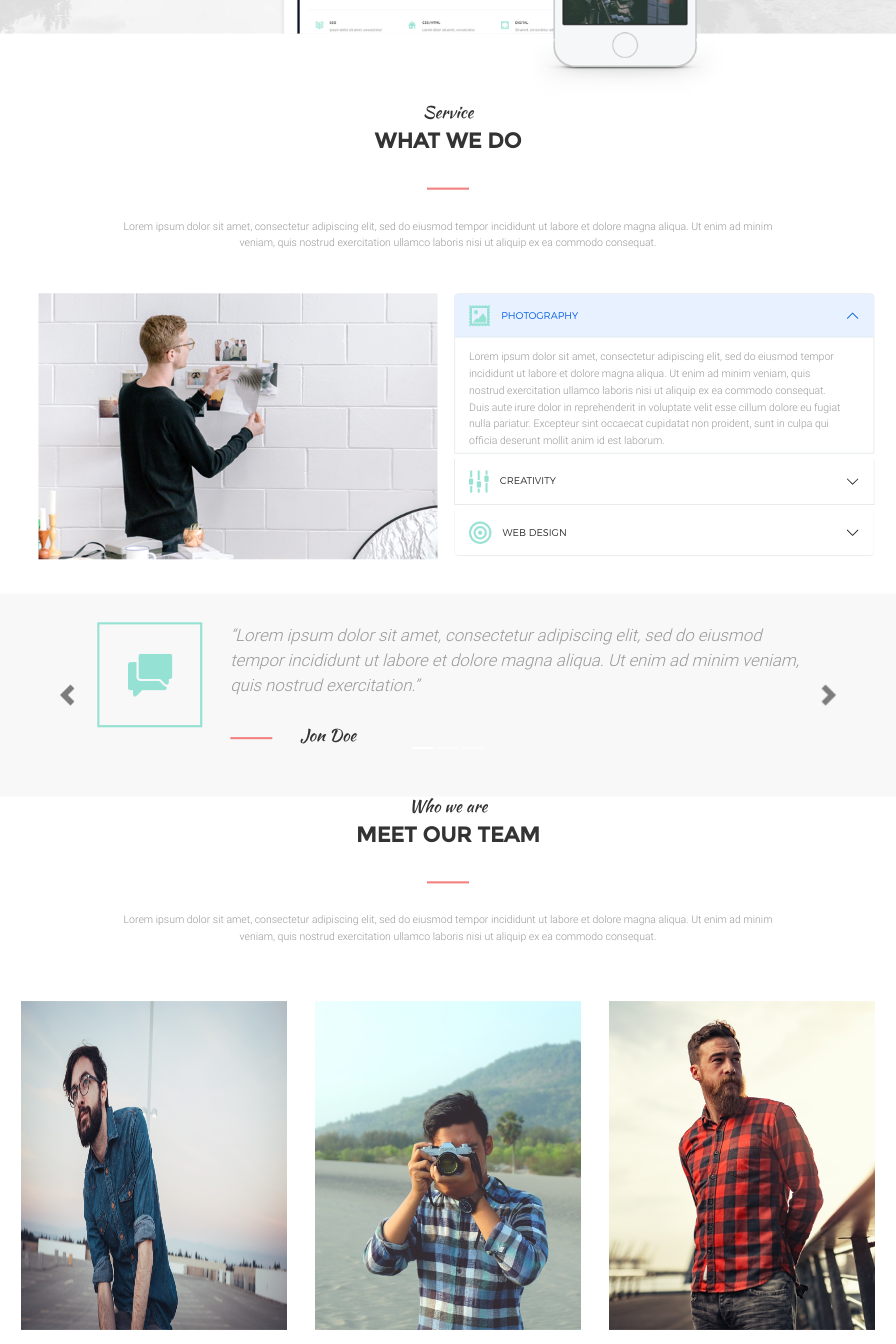
Repository: RaffiBarseghyan/mogo
Page: /
These files come from the project's save history. The page is drawn as it stood at one moment and after the next save; the edit follows.
The browser window is 1280 px wide. The pictures show the part of the page from y = 3380 to 5300 px (the page is 5300 px tall), at 70% of full size.
The project was rebuilt for these pictures with package versions that can differ from the ones it lists, and the page was loaded fresh each time.

Above is the page before, as saved 2023-05-12 23:28:27.

### src/App.jsx
import "./App.css";
import "bootstrap/dist/css/bootstrap.min.css";
import "bootstrap/dist/js/bootstrap.bundle";
import Header from "./Pages/Header/header";
import AboutUs from "./Pages/AboutUs/aboutUs";
import WorkWith from "./Pages/WorkWith/workWith";
import AllDevice from "./Pages/AllDevice/allDevice";
import Service from "./Pages/ServicePage/service";
import WeAre from "./Pages/WeAre/weAre";

function App() {
  return (
    <div className="App">
      <Header />
      <AboutUs />
      <WorkWith />
      <AllDevice />
      <Service />
      <WeAre />
    </div>
  );
}

export default App;

### src/Pages/AboutUs/aboutUs.jsx
import style from "./aboutUs.module.scss";
import aboutUs1 from "../../Assets/Images/aboutUs1.png";
import aboutUs2 from "../../Assets/Images/aboutUs2.png";
import aboutUs3 from "../../Assets/Images/aboutUs3.png";
import user from "../../Assets/Images/USERS.png";

function AboutUs() {
  return (
    <>
      <div className={style.aboutUs}>
        <h3>What we do</h3>
        <h2>Story about us</h2>
        <div className={style.line}></div>
        <p>
          Lorem ipsum dolor sit amet, consectetur adipiscing elit, sed do
          eiusmod tempor incididunt ut labore et dolore magna aliqua. Ut enim ad
          minim <br />
          veniam, quis nostrud exercitation ullamco laboris nisi ut aliquip ex
          ea commodo consequat.
        </p>
        <div className="d-flex justify-content-center flex-wrap ">
          <div className={style.imgDiv}>
            <img src={user} alt="" className={style.user} />
            <p>SUPER TEAM</p>
            <img src={aboutUs1} alt="" className={style.aboutImg} />
          </div>
          <div className={style.imgDiv}>
            <img src={user} alt="" className={style.user} />
            <p>SUPER TEAM</p>
            <img src={aboutUs2} alt="" className={style.aboutImg} />
          </div>
          <div className={style.imgDiv}>
            <img src={user} alt="" className={style.user} />
            <p>SUPER TEAM</p>
            <img src={aboutUs3} alt="" className={style.aboutImg} />
          </div>
        </div>
      </div>

      <div
        className={`${style.aboutUsFooter} d-flex justify-content-center align-items-center flex-wrap`}
      >
        <div className={style.first_line}>
          <h2>42</h2>
          <p>Web Design Projects</p>
        </div>
        <div>
          <h2>123</h2>
          <p>happy client</p>
        </div>
        <div>
          <h2>15</h2>
          <p>award winner</p>
        </div>
        <div>
          <h2>99</h2>
          <p>cup of coffee</p>
        </div>
        <div>
          <h2>24</h2>
          <p>members</p>
        </div>
      </div>
    </>
  );
}

export default AboutUs;

### src/Pages/WorkWith/workWith.jsx
import style from "./workWith.module.scss";
import ALARM from "../../Assets/Images/ALARM.png";
import LINEGRAPH from "../../Assets/Images/LINEGRAPH.png";
import COMPUTER_OK from "../../Assets/Images/COMPUTER_OK.png";
import BOOK from "../../Assets/Images/BOOK.png";
import HOME from "../../Assets/Images/HOME.png";
import IMAGE from "../../Assets/Images/IMAGE.png";

function WorkWith() {
  return (
    <>
      <div className={style.workWith}>
        <h3>We work with</h3>
        <h2>Amazing Services</h2>
        <div className={style.line}></div>

        <div
          className={`${style.workWithFooter} d-flex flex-wrap justify-content-center container`}
        >
          <div className={`d-flex ${style.box1}`}>
            <div>
              <img src={ALARM} alt="" />
            </div>
            <div>
              <h2>Photography</h2>
              <p>
                Lorem ipsum dolor sit amet, consectetur <br />
                adipiscing elit, sed do eiusmod tempor.
              </p>
            </div>
          </div>
          <div className={`d-flex ${style.box2}`}>
            <div>
              <img src={LINEGRAPH} alt="" />
            </div>
            <div>
              <h2>Web Design</h2>
              <p>
                Ipsum dolor sit amet, consectetur <br />
                adipiscing elit, sed do eiusmod tempor.
              </p>
            </div>
          </div>
          <div className={`d-flex ${style.box3}`}>
            <div>
              <img src={COMPUTER_OK} alt="" />
            </div>
            <div>
              <h2>Creativity</h2>
              <p>
                Dolor sit amet, consectetur adipiscing elit, <br />
                sed do eiusmod tempor.
              </p>
            </div>
          </div>
          <div className={`d-flex ${style.box4}`}>
            <div>
              <img src={BOOK} alt="" />
            </div>
            <div>
              <h2>seo</h2>
              <p>
                Ipsum dolor sit amet, consectetur <br />
                adipiscing elit, sed do eiusmod.
              </p>
            </div>
          </div>
          <div className={`d-flex ${style.box5}`}>
            <div>
              <img src={HOME} alt="" />
            </div>
            <div>
              <h2>Css/Html</h2>
              <p>
                Lorem dolor sit amet, consectetur <br />
                adipiscing elit, sed do tempor.
              </p>
            </div>
          </div>
          <div className={`d-flex ${style.box6}`}>
            <div>
              <img src={IMAGE} alt="" />
            </div>
            <div>
              <h2>digital</h2>
              <p>
                Sit amet, consectetur adipiscing elit, sed do <br />
                eiusmod tempor.
              </p>
            </div>
          </div>
        </div>
      </div>
    </>
  );
}

export default WorkWith;

### src/Pages/AllDevice/allDevice.jsx
import style from "./allDevice.module.scss";
import ipad from "../../Assets/Images/ipad.png";
import iphone from "../../Assets/Images/iphone.png";

function AllDevice() {
  return (
    <>
      <div className={`${style.allDevice}`}>
        <div className={style.allDeviceBg}>
          <h3>For all devices</h3>
          <h2>Unique design</h2>
          <div className={style.line}></div>
          <img src={ipad} alt="" className={style.ipad}/>
          <img src={iphone} alt="" className={style.iphone} />
        </div>
      </div>
    </>
  );
}

export default AllDevice;

### src/Pages/WeAre/weAre.jsx
import style from "./weAre.module.scss";
import admin1 from "../../Assets/Images/admin1.png";
import admin2 from "../../Assets/Images/admin2.png";
import admin3 from "../../Assets/Images/admin3.png";

function WeAre() {
  return (
    <>
      <div className={`${style.WeAre}`}>
        <h3>Who we are</h3>
        <h2>Meet our team</h2>
        <div className={style.line}></div>
        <p>
          Lorem ipsum dolor sit amet, consectetur adipiscing elit, sed do
          eiusmod tempor incididunt ut labore et dolore magna aliqua. Ut enim ad
          minim <br />
          veniam, quis nostrud exercitation ullamco laboris nisi ut aliquip ex
          ea commodo consequat.
        </p>

        <div className="d-flex justify-content-center flex-wrap ">
          <div className={style.imgDiv}>
            {/* <img src={user} alt="" className={style.user} /> */}
            <p>SUPER TEAM</p>
            <img src={admin1} alt="" className={style.aboutImg1} />
          </div>
          <div className={style.imgDiv}>
            {/* <img src={user} alt="" className={style.user} /> */}
            <p>SUPER TEAM</p>
            <img src={admin2} alt="" className={style.aboutImg} />
          </div>
          <div className={style.imgDiv}>
            {/* <img src={user} alt="" className={style.user} /> */}
            <p>SUPER TEAM</p>
            <img src={admin3} alt="" className={style.aboutImg} />
          </div>
        </div>
      </div>
    </>
  );
}

export default WeAre;

### src/Pages/AboutUs/aboutUs.module.scss
@font-face {
  font-family: Montserrat;
  src: url("../../Assets/Fonts/montserrat/Montserrat-Light.otf")
    format("truetype");
}

@font-face {
  font-family: Montserrat_mid;
  src: url("../../Assets/Fonts/montserrat/Montserrat-Regular.ttf")
    format("truetype");
}

@font-face {
  font-family: Montserrat_bold;
  src: url("../../Assets/Fonts/montserrat/Montserrat-ExtraBold.otf")
    format("truetype");
}

@font-face {
  font-family: kaushan;
  src: url("../../Assets/Fonts/kaushan-script/kaushan-script.kaushanscript-regular.otf")
    format("truetype");
}

@font-face {
  font-family: Roboto;
  src: url("../../Assets/Fonts/robotofont/Roboto-Light.ttf") format("truetype");
}

.aboutUs {
  min-height: 750px;
  display: flex;
  flex-direction: column;
  align-items: center;
  justify-content: center;
  h3 {
    font-size: 24px;
    color: #333333;
    font-weight: 400;
    font-family: "kaushan";
    text-align: center;
  }
  h2 {
    font-size: 30px;
    text-transform: uppercase;
    color: #333333;
    font-weight: 700;
    font-family: "Montserrat_mid";
    text-align: center;
  }
  p {
    font-size: 15px;
    line-height: 24px;
    color: #999999;
    font-weight: 400;
    font-family: "Roboto";
    text-align: center;
    margin-bottom: 60px;
  }
  .line {
    width: 60px;
    height: 3px;
    background-color: #f38181;
    margin: 40px;
  }
  img {
    width: 380px;
    height: 250px;
    aspect-ratio: 3/2;
    object-fit: cover;
  }

  .imgDiv {
    width: 380px;
    height: 250px;
    margin: 20px;
    transition: 0.5s;
    display: flex;
    flex-direction: column;
    justify-content: center;
    align-items: center;
    p {
      font-size: 18px;
      text-transform: uppercase;
      color: #ffffff;
      font-weight: 700;
      font-family: "Montserrat";
      text-align: center;
      display: none;
      position: absolute;
      margin-top: 80px;
    }
    .user {
      width: 32px;
      height: 23px;
      display: none;
      position: absolute;
      margin-bottom: 30px;
    }
  }

  .imgDiv:hover {
    transition: 0.5s;
    box-shadow: 10px 10px 0px 0px rgba(149, 225, 211, 1);
    -webkit-box-shadow: 10px 10px 0px 0px rgba(149, 225, 211, 1);
    -moz-box-shadow: 10px 10px 0px 0px rgba(149, 225, 211, 1);
    cursor: pointer;
    p,
    .user {
      display: block;
    }
    background: rgb(226, 204, 123);
    background: linear-gradient(
      0deg,
      rgba(226, 204, 123, 1) 0%,
      rgba(219, 116, 116, 1) 53%
    );

    .aboutImg {
      opacity: 0.2;
    }
  }
}

.aboutUsFooter {
  min-height: 270px;
  background-color: #95e1d3;
  h2 {
    font-size: 72px;
    text-transform: uppercase;
    color: #ffffff;
    font-weight: 700;
    font-family: "Montserrat_bold";
    text-align: center;
  }
  p {
    font-size: 14px;
    text-transform: uppercase;
    color: #ffffff;
    font-weight: 400;
    font-family: "Montserrat";
    text-align: center;
  }
  div {
    width: 240px;
    height: 270px;
    border-right: 1px solid #ffffff;
    border-left: 1px solid #ffffff;

    display: flex;
    flex-direction: column;
    justify-content: center;
  }
}

### src/Pages/WorkWith/workWith.module.scss
@font-face {
  font-family: Montserrat;
  src: url("../../Assets/Fonts/montserrat/Montserrat-Light.otf")
    format("truetype");
}

@font-face {
  font-family: Montserrat_mid;
  src: url("../../Assets/Fonts/montserrat/Montserrat-Regular.ttf")
    format("truetype");
}

@font-face {
  font-family: Montserrat_bold;
  src: url("../../Assets/Fonts/montserrat/Montserrat-ExtraBold.otf")
    format("truetype");
}

@font-face {
  font-family: kaushan;
  src: url("../../Assets/Fonts/kaushan-script/kaushan-script.kaushanscript-regular.otf")
    format("truetype");
}

.workWith {
  min-height: 750px;
  display: flex;
  flex-direction: column;
  align-items: center;
  justify-content: center;
  h3 {
    font-size: 24px;
    color: #333333;
    font-weight: 400;
    font-family: "kaushan";
    text-align: center;
  }
  h2 {
    font-size: 30px;
    text-transform: uppercase;
    color: #333333;
    font-weight: 700;
    font-family: "Montserrat_mid";
    text-align: center;
  }
  .line {
    width: 60px;
    height: 3px;
    background-color: #f38181;
    margin: 40px;
  }
}

.workWithFooter {
  > div {
    width: 400px;
    margin-top: 90px;
  }
  h2 {
    font-size: 14px;
    text-transform: uppercase;
    color: #333333;
    font-weight: 400;
    font-family: "Montserrat";
    text-align: start;
  }
  p {
    font-size: 15px;
    line-height: 24px;
    color: #999999;
    font-weight: 400;
    font-family: "Roboto";
    text-align: start;
  }
  img {
    margin-right: 30px;
  }
}

.box1,
.box2,
.box3 {
  border-bottom: 1px solid #e5e5e5;
}

@media only screen and (max-width: 1399.2px) {
  .box1,
  .box2,
  .box3,
  .box4 {
    border-bottom: 1px solid #e5e5e5;
  }
}

@media only screen and (max-width: 991.2px) {
  .box1,
  .box2,
  .box3,
  .box4,
  .box5 {
    border-bottom: 1px solid #e5e5e5;
  }
}

### src/Pages/AllDevice/allDevice.module.scss
@font-face {
  font-family: Montserrat;
  src: url("../../Assets/Fonts/montserrat/Montserrat-Light.otf")
    format("truetype");
}

@font-face {
  font-family: Montserrat_mid;
  src: url("../../Assets/Fonts/montserrat/Montserrat-Regular.ttf")
    format("truetype");
}

@font-face {
  font-family: Montserrat_bold;
  src: url("../../Assets/Fonts/montserrat/Montserrat-ExtraBold.otf")
    format("truetype");
}

@font-face {
  font-family: kaushan;
  src: url("../../Assets/Fonts/kaushan-script/kaushan-script.kaushanscript-regular.otf")
    format("truetype");
}

.allDevice {
  min-height: 900px;

  h3 {
    font-size: 24px;
    color: #333333;
    font-weight: 400;
    font-family: "kaushan";
    text-align: center;
  }
  h2 {
    font-size: 30px;
    text-transform: uppercase;
    color: #333333;
    font-weight: 700;
    font-family: "Montserrat_mid";
    text-align: center;
  }
  .line {
    width: 60px;
    height: 3px;
    background-color: #f38181;
    margin: 40px;
  }
  .allDeviceBg {
    width: 100%;
    min-height: 850px;
    background-image: url("../../Assets/Images/allDeviceBg.png");
    background-position: center;
    background-size: cover;
    background-repeat: no-repeat;

    display: flex;
    flex-direction: column;
    align-items: center;
    justify-content: center;
  }
}

.ipad {
  position: absolute;
  margin-top: 268px;
}

.iphone {
  position: relative;
  top: 194px;
  left: 257px;
}

@media only screen and (max-width: 992.2px) {
  .ipad {
    width: 378px;
    height: 480px;
    margin-top: 370px;
  }
  .iphone {
    width: 200px;
    height: 360px;
    top: 225px;
    left: 217px;
  }
}

@media only screen and (max-width: 650.2px) {
  .ipad {
    width: 290px;
    height: 380px;
    margin-top: 470px;
  }
  .iphone {
    width: 165px;
    height: 290px;
    top: 250px;
    left: 159px;
  }
}

### src/Pages/ServicePage/service.module.scss
@font-face {
  font-family: Montserrat;
  src: url("../../Assets/Fonts/montserrat/Montserrat-Light.otf")
    format("truetype");
}

@font-face {
  font-family: Montserrat_mid;
  src: url("../../Assets/Fonts/montserrat/Montserrat-Regular.ttf")
    format("truetype");
}

@font-face {
  font-family: Montserrat_bold;
  src: url("../../Assets/Fonts/montserrat/Montserrat-ExtraBold.otf")
    format("truetype");
}

@font-face {
  font-family: kaushan;
  src: url("../../Assets/Fonts/kaushan-script/kaushan-script.kaushanscript-regular.otf")
    format("truetype");
}
@font-face {
  font-family: Roboto;
  src: url("../../Assets/Fonts/robotofont/Roboto-Light.ttf") format("truetype");
}

.Service {
  min-height: 750px;
  display: flex;
  flex-direction: column;
  align-items: center;
  justify-content: center;
  h3 {
    font-size: 24px;
    color: #333333;
    font-weight: 400;
    font-family: "kaushan";
    text-align: center;
  }
  h2 {
    font-size: 30px;
    text-transform: uppercase;
    color: #333333;
    font-weight: 700;
    font-family: "Montserrat_mid";
    text-align: center;
  }
  p {
    font-size: 15px;
    line-height: 24px;
    color: #999999;
    font-weight: 400;
    font-family: "Roboto";
    text-align: center;
    margin-bottom: 60px;
  }
}
.line {
  width: 60px;
  height: 3px;
  background-color: #f38181;
  margin: 40px;
}
.acordeon {
  width: 600px;
  height: 380px;
  button {
    font-size: 14px;
    text-transform: uppercase;
    color: #333333;
    font-weight: 400;
    font-family: "Montserrat";
  }
  .acordeonBody {
    width: 590px;
    height: 165px;
    font-size: 15px;
    line-height: 24px;
    color: #999999;
    font-weight: 300;
    font-family: "Roboto";
    text-align: start;
    overflow: auto;
  }
  ::-webkit-scrollbar {
    width: 5px;
  }

  /* Track */
  ::-webkit-scrollbar-track {
    box-shadow: inset 0 0 5px #f5f5f5;
    border-radius: 10px;
  }

  /* Handle */
  ::-webkit-scrollbar-thumb {
    background-color: #95e1d3;
    border-radius: 10px;
  }

  /* Handle on hover */
  ::-webkit-scrollbar-thumb:hover {
    background-color: #7fc0b4;
  }
}

.serviceFooter {
  min-height: 290px;
  background-color: #f8f8f8;
  display: flex;
  align-items: center;
  justify-content: center;
  > div {
    width: 1300px;
  }
  p {
    font-size: 24px;
    line-height: 36px;
    color: #999999;
    font-weight: 300;
    font-style: italic;
    font-family: "Roboto";
    text-align: start;
    margin-left: 40px;
  }
  h2 {
    font-size: 24px;
    color: #333333;
    font-weight: 400;
    font-family: "kaushan";
  }
}

.prev {
  width: 30px;
  height: 30px;
  background-image: url("data:[embedded picture, 192 characters]");
}

.next {
  width: 30px;
  height: 30px;
  background-image: url("data:[embedded picture, 193 characters]");
}

@media only screen and (max-width: 650.2px) {
  .acordeon {
    width: 480px;
    margin-top: 20px;
  }
  .acordeonBody {
    max-width: 470px;
  }
  .Service > div > img {
    width: 459px;
    height: 300px;
  }
  .serviceFooter{
    img{
        display: none;
    }
  }
}

### src/Pages/WeAre/weAre.module.scss
@font-face {
  font-family: Montserrat;
  src: url("../../Assets/Fonts/montserrat/Montserrat-Light.otf")
    format("truetype");
}

@font-face {
  font-family: Montserrat_mid;
  src: url("../../Assets/Fonts/montserrat/Montserrat-Regular.ttf")
    format("truetype");
}

@font-face {
  font-family: Montserrat_bold;
  src: url("../../Assets/Fonts/montserrat/Montserrat-ExtraBold.otf")
    format("truetype");
}

@font-face {
  font-family: kaushan;
  src: url("../../Assets/Fonts/kaushan-script/kaushan-script.kaushanscript-regular.otf")
    format("truetype");
}
@font-face {
  font-family: Roboto;
  src: url("../../Assets/Fonts/robotofont/Roboto-Light.ttf") format("truetype");
}

.WeAre {
  min-height: 750px;
  display: flex;
  flex-direction: column;
  align-items: center;
  justify-content: center;
  h3 {
    font-size: 24px;
    color: #333333;
    font-weight: 400;
    font-family: "kaushan";
    text-align: center;
  }
  h2 {
    font-size: 30px;
    text-transform: uppercase;
    color: #333333;
    font-weight: 700;
    font-family: "Montserrat_mid";
    text-align: center;
  }
  p {
    font-size: 15px;
    line-height: 24px;
    color: #999999;
    font-weight: 400;
    font-family: "Roboto";
    text-align: center;
    margin-bottom: 60px;
  }
  img {
    width: 380px;
    height: 470px;
    object-fit: cover;
  }
}
.line {
  width: 60px;
  height: 3px;
  background-color: #f38181;
  margin: 40px;
}

.imgDiv {
  width: 380px;
  height: 470px;
  margin: 20px;
  transition: 0.5s;
  display: flex;
  flex-direction: column;
  justify-content: center;
  align-items: center;
  p {
    font-size: 18px;
    text-transform: uppercase;
    color: #ffffff;
    font-weight: 700;
    font-family: "Montserrat";
    text-align: center;
    display: none;
    position: absolute;
    margin-top: 80px;
  }
  .user {
    width: 32px;
    height: 23px;
    display: none;
    position: absolute;
    margin-bottom: 30px;
  }
}

.aboutImg1 {
    width: 380px;
    height: 470px;
    object-fit: unset !important;
    background-size: cover;
    object-position: center;
}

.imgDiv:hover {
  transition: 0.5s;
  box-shadow: 10px 10px 0px 0px rgba(149, 225, 211, 1);
  -webkit-box-shadow: 10px 10px 0px 0px rgba(149, 225, 211, 1);
  -moz-box-shadow: 10px 10px 0px 0px rgba(149, 225, 211, 1);
  cursor: pointer;
  p,
  .user {
    display: block;
  }
  background: rgb(226, 204, 123);
  background: linear-gradient(
    0deg,
    rgba(226, 204, 123, 1) 0%,
    rgba(219, 116, 116, 1) 53%
  );

  .aboutImg,
  .aboutImg1 {
    opacity: 0.2;
  }
}

Loaded but not shown: public/index.html (common file); src/index.js (common file); src/index.css (common file); src/reportWebVitals.js (common file); src/App.css (common file); src/Pages/ServicePage/service.jsx (248 lines, source omitted); src/Pages/Header/header.module.scss (204 lines, source omitted); src/Pages/Header/header.jsx (96 lines, source omitted)

After the next save:
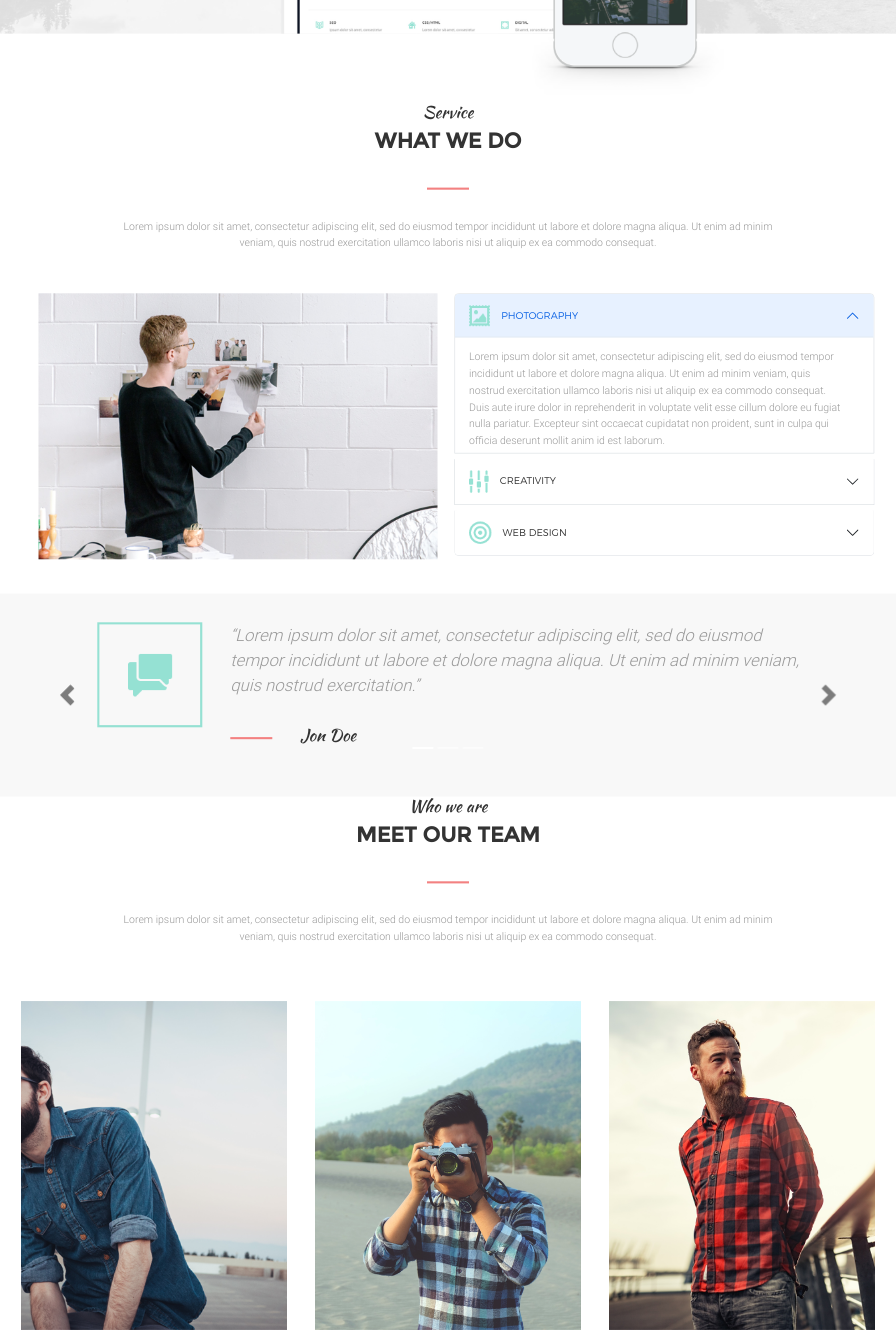
Saved 4 s later.
--- a/src/Pages/WeAre/weAre.module.scss
+++ b/src/Pages/WeAre/weAre.module.scss
@@ -101,7 +101,6 @@
 .aboutImg1 {
     width: 380px;
     height: 470px;
-    object-fit: unset !important;
     background-size: cover;
     object-position: center;
 }
